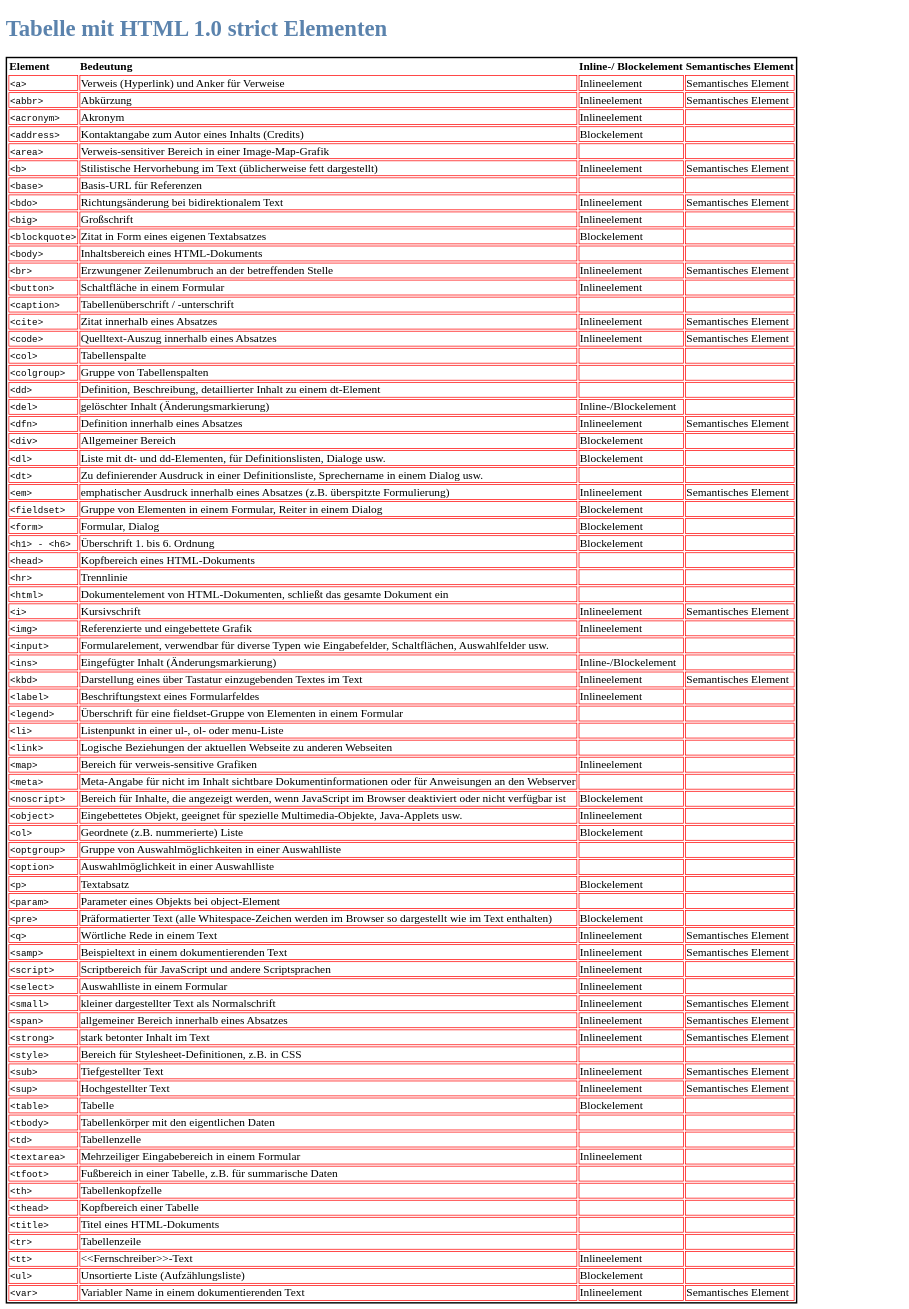
Repository: pLurchi/MyWebengineeringRepo
Page: RemoteSystemsTempFiles/HA-Kapitel06/WebContent/index.html
The author's editor kept a copy of each file at every save. The page is drawn from the files as they stood at one save, then again after the next save.
The browser window is 1280 px wide. The pictures show the whole page, at 71% of full size.

Above is the page before, as saved 2013-11-28 19:10:36.

After the next save:
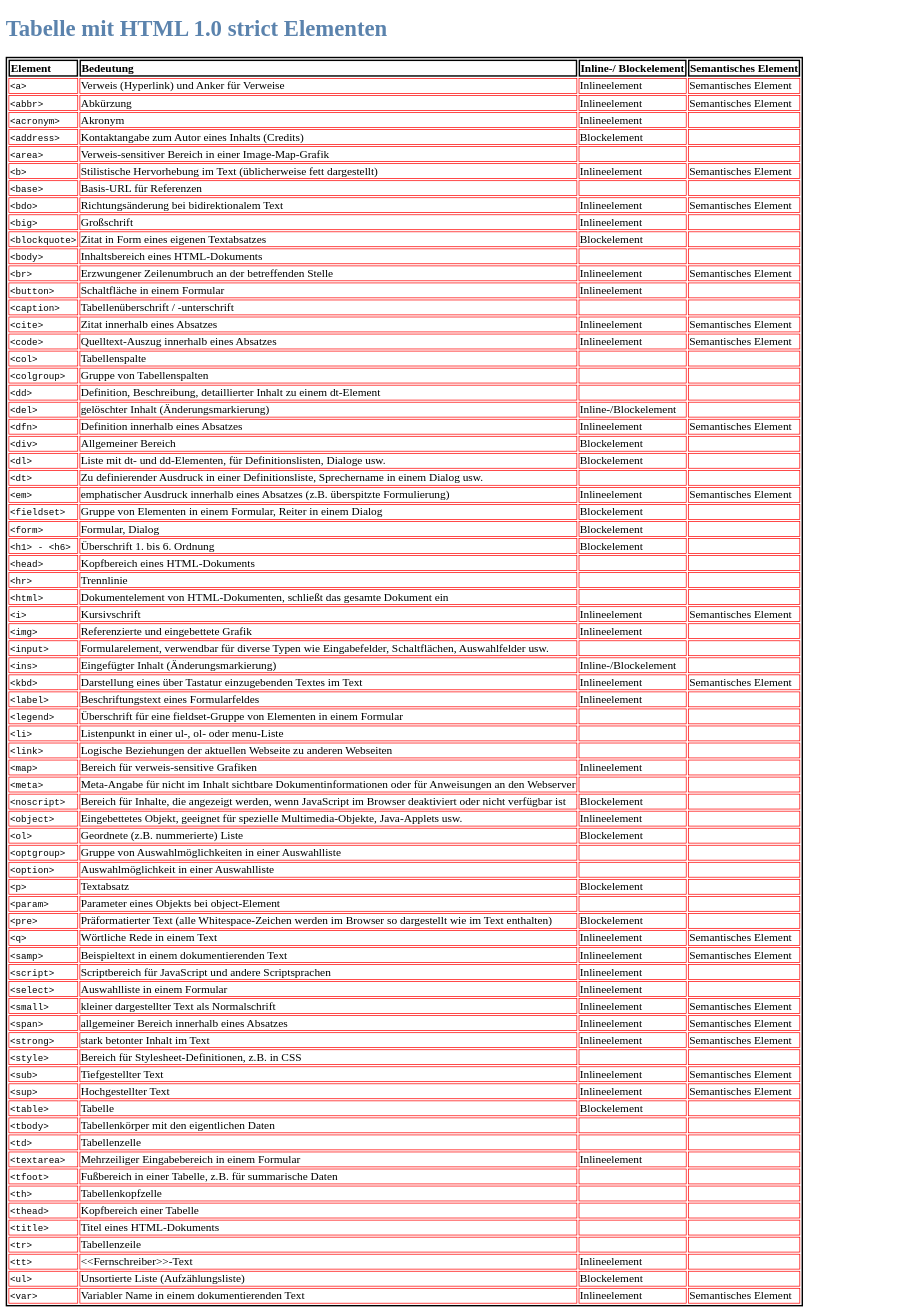
Saved 42 s later.
--- a/RemoteSystemsTempFiles/HA-Kapitel06/WebContent/CSS/stylesheet.css
+++ b/RemoteSystemsTempFiles/HA-Kapitel06/WebContent/CSS/stylesheet.css
@@ -12,14 +12,14 @@ table {
 	border: 2px solid black;
 }
 
+th {
+	border: 2px solid black;
+	text-align: left;
+	vertical-align:top;
+}
 
 td {
 	border: 1px solid red;
 	text-align: left;
 	vertical-align:top;
 }
-
-th {
-	text-align: left;
-	vertical-align:top;
-}
